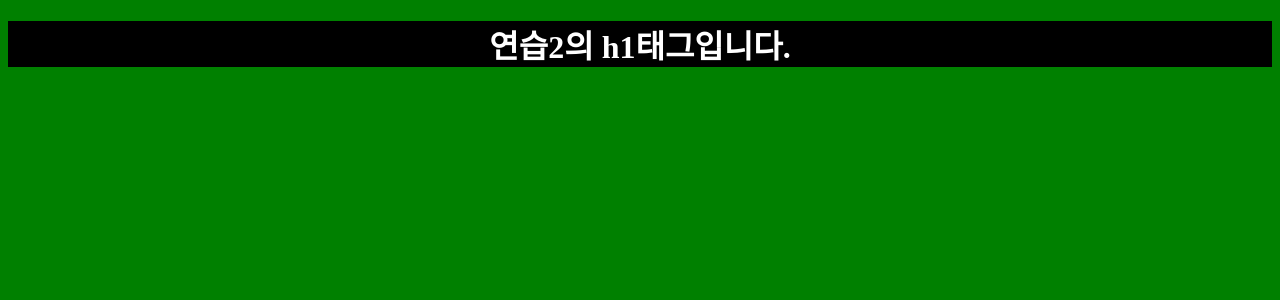
Repository: kmg8138/html
Page: 2020.04.06/ex0406/WebContent/ex02.html
An editor plug-in stored every save of this project. The page is shown before and after the next save, followed by the edit.
The browser window is 1280 px wide. The pictures show the whole page.

Above is the page before, as saved 2020-04-06 01:10:12.

### 2020.04.06/ex0406/WebContent/ex02.html
<!DOCTYPE html>
<html>
<head>
	<meta charset="UTF-8">
	<title>연습2</title>

	<style>
		h1{background: blue;}
	</style>
	<link rel="stylesheet" href="home.css"/>
</head>
<body>
	<h1>연습2의 h1태그입니다.</h1>
</body>
</html>

### 2020.04.06/ex0406/WebContent/home.css
@charset "UTF-8";
/*style 주석*/
		h1 {color:white;
		background:black;
		text-align: center;}

		h2{color:red;
		background:yellow;
		text-align: right;}

		body{background: green;}

		h3{background: pink;}

After the next save:
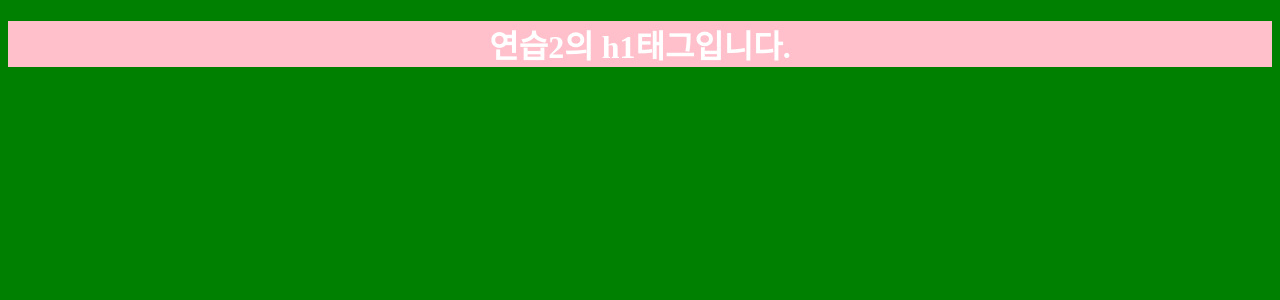
Saved 63 s later.
--- a/2020.04.06/ex0406/WebContent/ex02.html
+++ b/2020.04.06/ex0406/WebContent/ex02.html
@@ -3,13 +3,12 @@
 <head>
 	<meta charset="UTF-8">
 	<title>연습2</title>
-
+	<link rel="stylesheet" href="home.css"/>
 	<style>
 		h1{background: blue;}
 	</style>
-	<link rel="stylesheet" href="home.css"/>
 </head>
 <body>
-	<h1>연습2의 h1태그입니다.</h1>
+	<h1 style="background: pink">연습2의 h1태그입니다.</h1>
 </body>
 </html>
